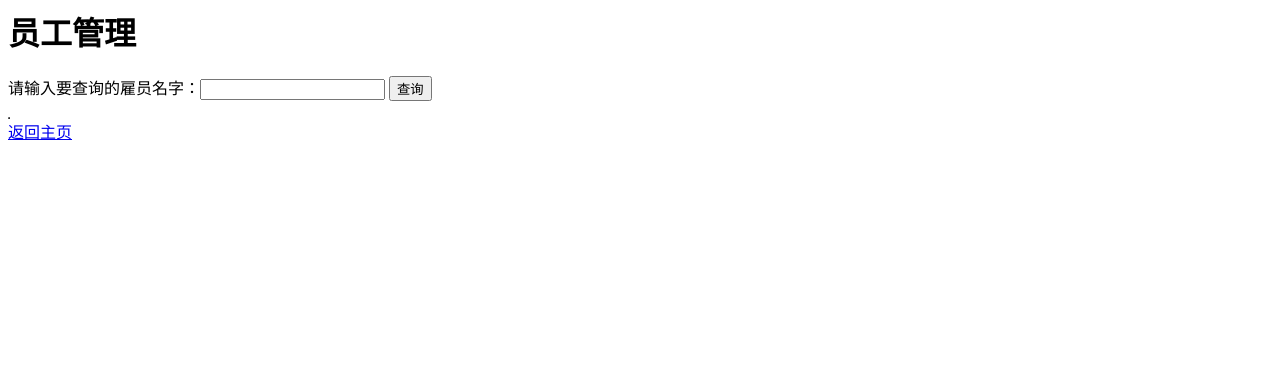
Repository: wikelgc/JSP
Page: http://localhost/yuangong/emp_update.jsp
These files come from the project's save history. The page is drawn as it stood at one moment and after the next save; the edit follows.
The browser window is 1280 px wide. The pictures show the whole page.
The page is served by Tomcat 9. Queries for data that is not in the repository find no rows.

Above is the page before, as saved 2015-06-05 13:53:23.

### yuangong/WebRoot/emp_update.jsp
<%@ page contentType="text/html" pageEncoding="GBK"%>
<%@ page import="java.sql.*"%>
<html>
<head><title>jsp列出emp表数据</title></head>
<body>
<%
    request.setCharacterEncoding("GBK");
    String update_empno = request.getParameter("update_empno");
%>
    <h1>员工管理</h1>
<%!
	public static final String DBDRIVER = "com.mysql.jdbc.Driver" ;
	public static final String DBURL = "jdbc:mysql://localhost:3306/music" ;
	public static final String DBUSER = "root" ;
	public static final String DBPASS = "root" ;

%>
<%!
	Connection conn = null ;
	PreparedStatement pstmt = null ;
	ResultSet rs = null ;
%>


<%
try{
	Class.forName(DBDRIVER);
	conn = DriverManager.getConnection(DBURL,DBUSER,DBPASS) ;
	String sql = "SELECT * FROM emp where empno ='"+update_empno+"'";
	pstmt = conn.prepareStatement(sql) ;
	rs = pstmt.executeQuery() ;
%>
 <form  action="findEmp.jsp"  method="post">
   请输入要查询的雇员名字：<input type="text" name="empid">
  <input type="submit" value="查询" ></form>



<table border="1" >

<%
	if(rs.next()){
		String empno = rs.getString(1) ;
		String ename = rs.getString(2) ;
		String job = rs.getString(3) ;
		float sal = rs.getFloat(4) ;
		java.util.Date date = rs.getDate(5) ;
%>
<form  action="emp_add.jsp"  method="post">
	<tr>
		<td>雇员编号</td> <td><input type = "text" value = empno name="empno"></td>
	</tr>

	<tr>
		<td>雇员姓名</td> <td><input type = "text" value = ename name="ename"></td>
	</tr>

	<tr>
		<td>雇员工作</td> <td><input type = "text" value = job name="job"></td>
	</tr>

	<tr>
		<td>雇员工资</td> <td><input type = "text" value = sal name="sal"></td>
	</tr>

	<tr>
		<td>雇佣日期</td> <td><input type = "text" value = date name="date"></td>
	</tr>

	<input type="submit" value="确定">
	<input type="reset" value="重置">
</form>
<%
	}
%>

</table>
<%
}catch(Exception e)	{
	System.out.println(e) ;
}finally{
	//rs.close() ;
	//pstmt.close() ;
	conn.close() ;
}
%>
<a href="index.jsp">返回主页</a>

</body>
</html>

After the next save:
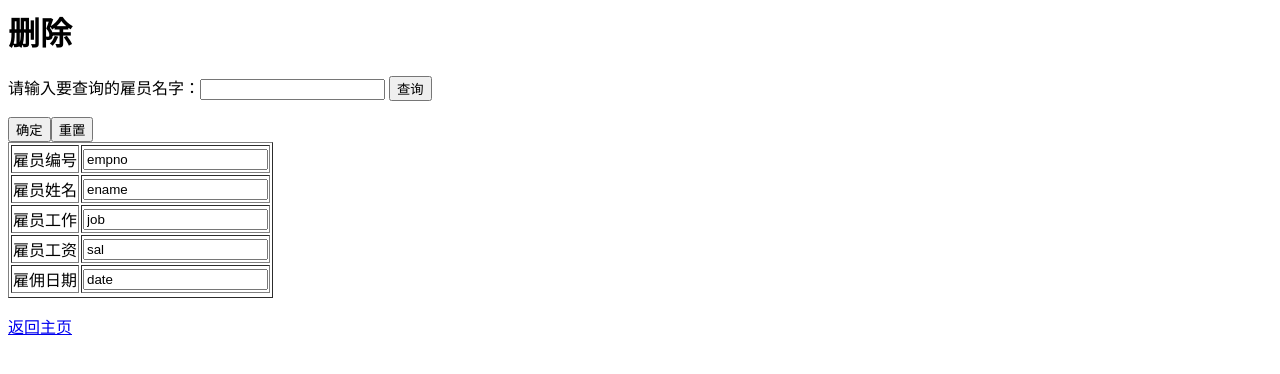
Saved 3 min 35 s later.
--- a/yuangong/WebRoot/emp_update.jsp
+++ b/yuangong/WebRoot/emp_update.jsp
@@ -7,7 +7,7 @@
     request.setCharacterEncoding("GBK");
     String update_empno = request.getParameter("update_empno");
 %>
-    <h1>员工管理</h1>
+    <h1>删除</h1>
 <%!
 	public static final String DBDRIVER = "com.mysql.jdbc.Driver" ;
 	public static final String DBURL = "jdbc:mysql://localhost:3306/music" ;
@@ -36,7 +36,7 @@ try{
 
 
 
-<table border="1" >
+
 
 <%
 	if(rs.next()){
@@ -46,7 +46,22 @@ try{
 		float sal = rs.getFloat(4) ;
 		java.util.Date date = rs.getDate(5) ;
 %>
+
+<%
+	}
+%>
+<%
+}catch(Exception e)	{
+	System.out.println(e) ;
+}finally{
+	//rs.close() ;
+	//pstmt.close() ;
+	conn.close() ;
+}
+%>
 <form  action="emp_add.jsp"  method="post">
+	<table border="1" >
+
 	<tr>
 		<td>雇员编号</td> <td><input type = "text" value = empno name="empno"></td>
 	</tr>
@@ -66,24 +81,14 @@ try{
 	<tr>
 		<td>雇佣日期</td> <td><input type = "text" value = date name="date"></td>
 	</tr>
-
+	<tr>
 	<input type="submit" value="确定">
 	<input type="reset" value="重置">
+	</tr>
+</table>
+
 </form>
-<%
-	}
-%>
 
-</table>
-<%
-}catch(Exception e)	{
-	System.out.println(e) ;
-}finally{
-	//rs.close() ;
-	//pstmt.close() ;
-	conn.close() ;
-}
-%>
 <a href="index.jsp">返回主页</a>
 
 </body>
